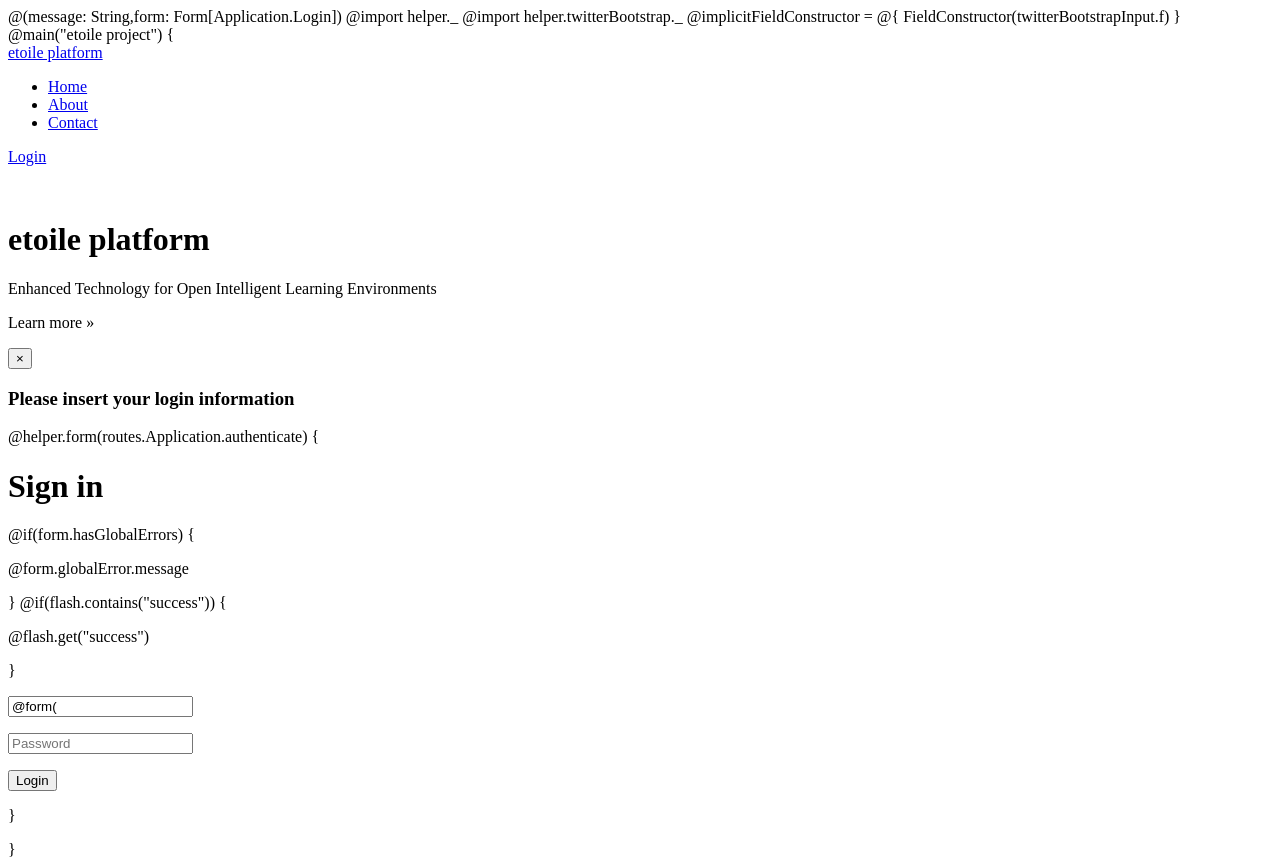
Repository: lopesdasilva/etoile
Page: etoile-play/.target/views/index.scala.html
An editor plug-in stored every save of this project. The page is shown before and after the next save, followed by the edit.
The browser window is 1280 px wide. The pictures show the whole page.

Above is the page before, as saved 2012-10-23 12:16:20.

### etoile-play/.target/views/index.scala.html
@(message: String,form: Form[Application.Login])
@import helper._
@import helper.twitterBootstrap._
@implicitFieldConstructor = @{ FieldConstructor(twitterBootstrapInput.f) }
@main("etoile project") {

<div class="navbar navbar-inverse navbar-fixed-top">
      <div class="navbar-inner">
        <div class="container">
          <a class="btn btn-navbar" data-toggle="collapse" data-target=".nav-collapse">
            <span class="icon-bar"></span>
            <span class="icon-bar"></span>
            <span class="icon-bar"></span>
          </a>
          <a class="brand" href="#">etoile platform</a>
          <div class="nav-collapse collapse">
            <ul class="nav">
              <li class="active"><a href="#">Home</a></li>
              <li><a href="#about">About</a></li>
              <li><a href="#contact">Contact</a></li>
            </ul>
            <form class="navbar-form pull-right">
             <a href="#loginModal" role="button" class="btn btn-primary" data-toggle="modal">Login</a>



            </form>
          </div><!--/.nav-collapse -->
        </div>
      </div>
    </div>


 <br>
<div class="hero-unit">
	<h1>etoile platform</h1>
	<p>Enhanced Technology for Open Intelligent Learning Environments</p>
	 <p><a class="btn btn-primary btn-large">Learn more &raquo;</a></p>
</div>


<form>
<div id="loginModal" class="modal hide fade" tabindex="-1" role="dialog" aria-labelledby="myModalLabel" aria-hidden="true">
  <div class="modal-header">
    <button type="button" class="close" data-dismiss="modal" aria-hidden="true">&times;</button>
    <h3 id="myModalLabel">Please insert your login information</h3>
  </div>
  <div class="modal-body">
 @helper.form(routes.Application.authenticate) {

            <h1>Sign in</h1>

            @if(form.hasGlobalErrors) {
                <p class="error">
                    @form.globalError.message
                </p>
            }

            @if(flash.contains("success")) {
                <p class="success">
                    @flash.get("success")
                </p>
            }

            <p>
                <input type="email" name="email" placeholder="Email" value="@form("username").value">
            </p>
            <p>
                <input type="password" name="password" placeholder="Password">
            </p>
            <p>
                <button type="submit">Login</button>
            </p>

        }
  </div>
</div>
</form>

}

After the next save:
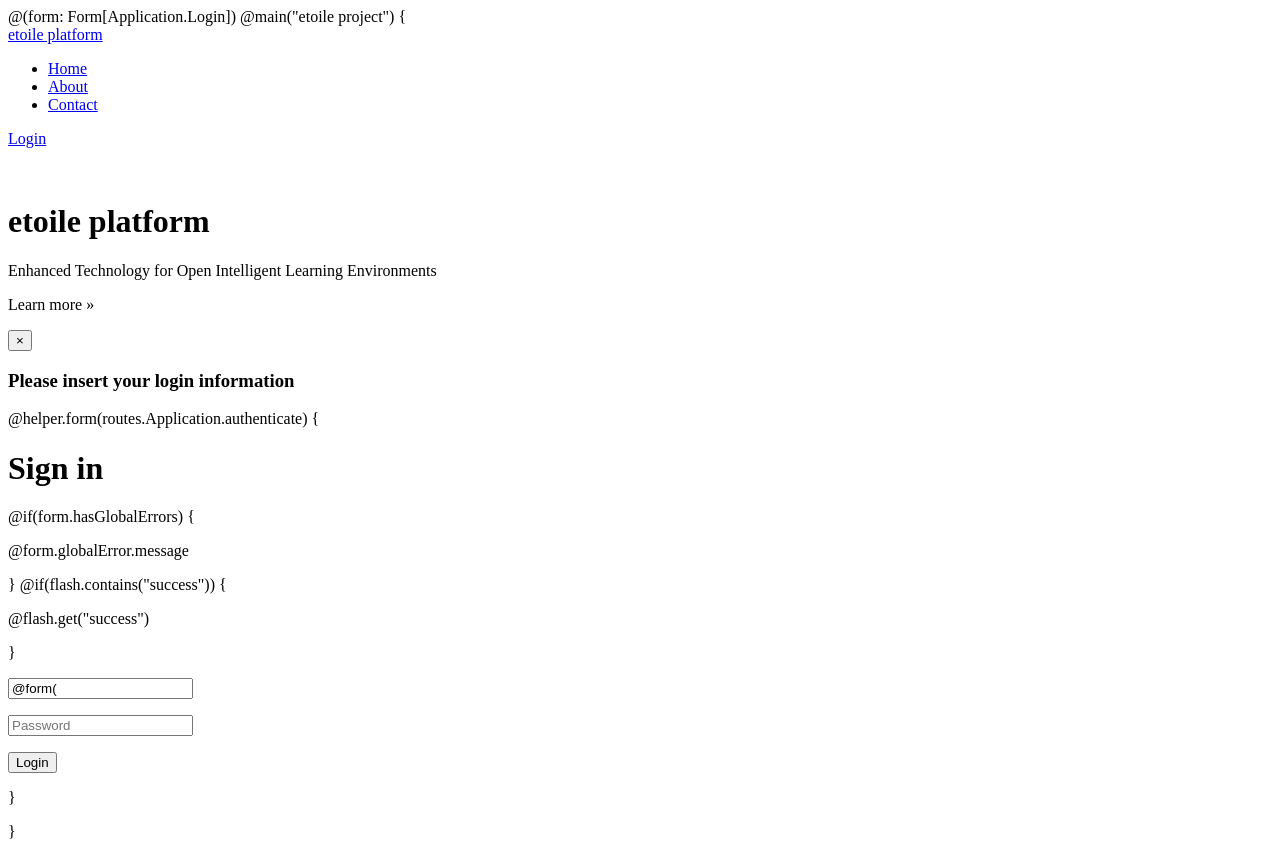
Saved 25 s later.
--- a/etoile-play/.target/views/index.scala.html
+++ b/etoile-play/.target/views/index.scala.html
@@ -1,7 +1,5 @@
-@(message: String,form: Form[Application.Login])
-@import helper._
-@import helper.twitterBootstrap._
-@implicitFieldConstructor = @{ FieldConstructor(twitterBootstrapInput.f) }
+@(form: Form[Application.Login])
+
 @main("etoile project") {
 
 <div class="navbar navbar-inverse navbar-fixed-top">
